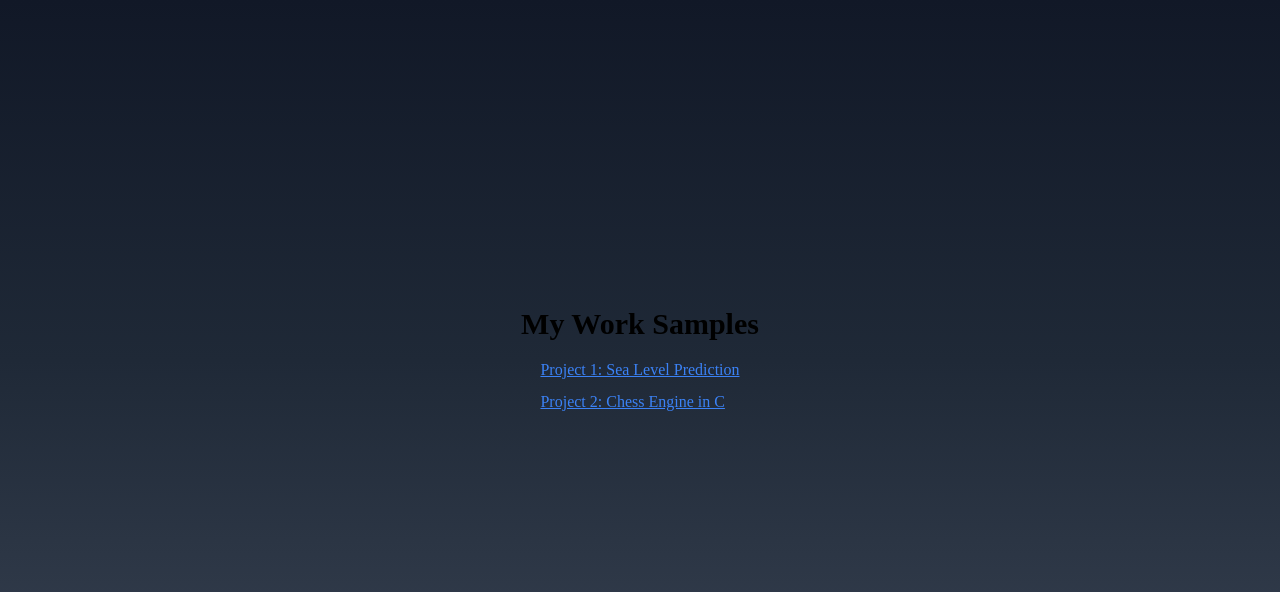
Repository: evnwyn/Evan-Wayne-s-Portfolio
Page: /portfolio
An editor plug-in stored every save of this project. The page is shown before and after the next save, followed by the edit.
The browser window is 1280 px wide. The pictures show the whole page.
The project was rebuilt for these pictures with package versions that can differ from the ones it lists, and the page was loaded fresh each time. The framework's server and built-in components were replaced by stand-ins that run in the browser. Also part of the build but not shown: next.config.js.

Above is the page before, as saved 2024-10-09 21:02:56.

After the next save:
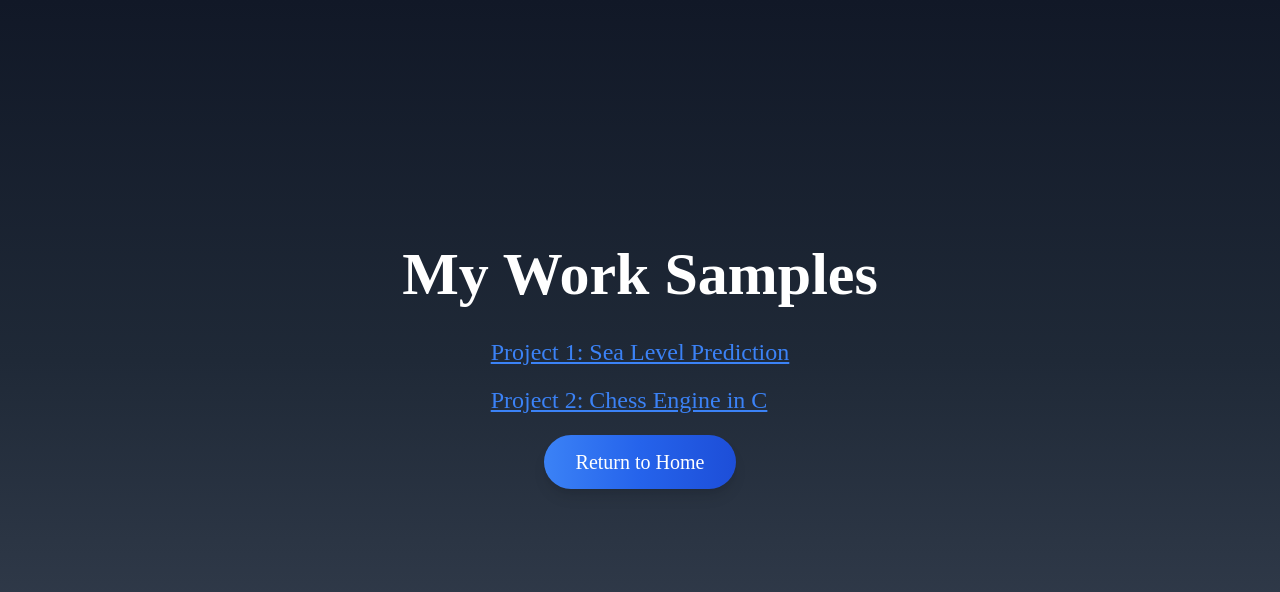
Saved 4 s later.
--- a/src/app/portfolio/page.tsx
+++ b/src/app/portfolio/page.tsx
@@ -1,23 +1,33 @@
 // app/portfolio/page.tsx
 
-import React from 'react'; // Optional but useful in some cases
+import React from 'react';
+import Link from 'next/link'; // Import the Link component
 
 export default function Portfolio() {
   return (
-    <div className="min-h-screen flex flex-col items-center justify-center p-8">
-      <h1 className="text-3xl font-bold">My Work Samples</h1>
+    <div className="min-h-screen flex flex-col items-center justify-center bg-gradient-to-b from-gray-900 via-gray-800 to-gray-700">
+      <h1 className="text-6xl font-bold text-white transition-all duration-500 hover:text-gray-300 mb-4">
+        My Work Samples
+      </h1>
       <ul className="mt-4">
-        <li>
-          <a href="https://github.com/your-github/project-1" className="text-blue-500 underline" target="_blank" rel="noopener noreferrer">
+        <li className="mb-4">
+          <a href="https://github.com/your-github/project-1" className="text-blue-500 underline text-2xl" target="_blank" rel="noopener noreferrer">
             Project 1: Sea Level Prediction
           </a>
         </li>
-        <li className="mt-2">
-          <a href="https://github.com/your-github/project-2" className="text-blue-500 underline" target="_blank" rel="noopener noreferrer">
+        <li>
+          <a href="https://github.com/your-github/project-2" className="text-blue-500 underline text-2xl" target="_blank" rel="noopener noreferrer">
             Project 2: Chess Engine in C
           </a>
         </li>
       </ul>
+
+      {/* Stand-out Home button in blue gradient */}
+      <div className="mt-8">
+        <Link href="/" className="bg-gradient-to-r from-blue-500 via-blue-600 to-blue-700 text-white text-xl px-8 py-4 rounded-full shadow-lg transform hover:scale-110 transition-transform duration-500 ease-out hover:shadow-2xl">
+          Return to Home
+        </Link>
+      </div>
     </div>
   );
 }
